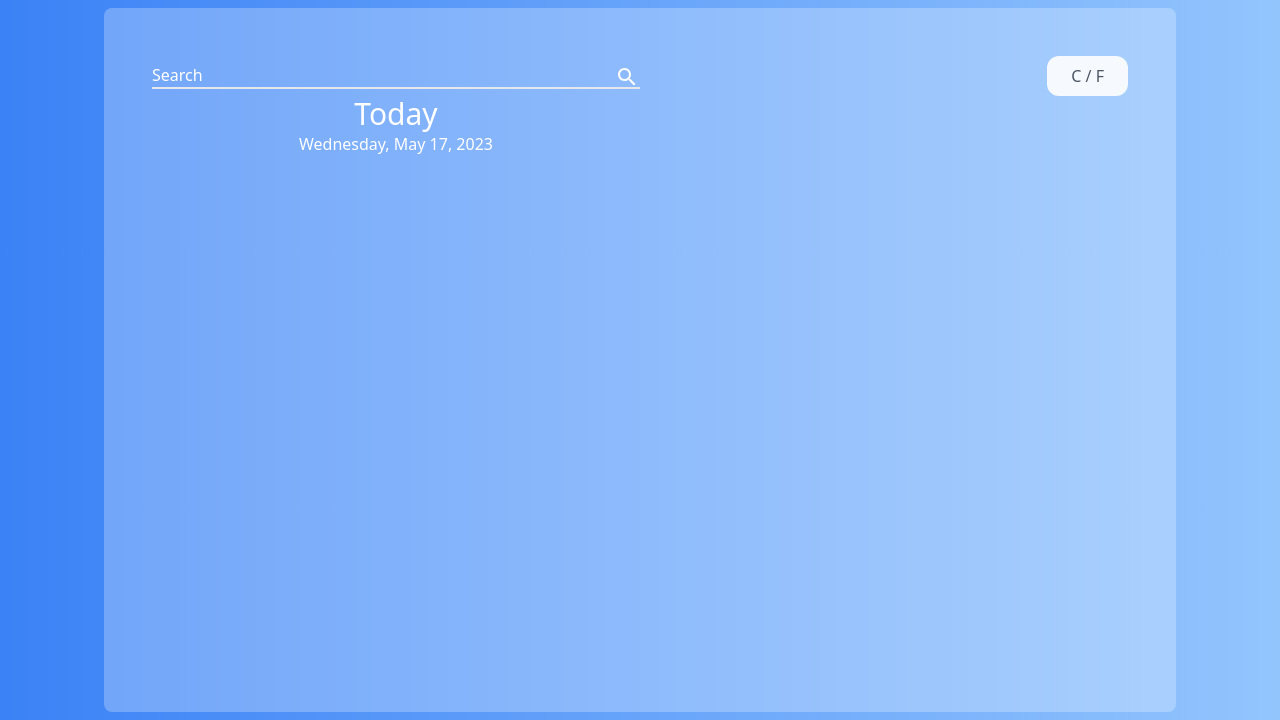
Repository: DevAntonioRogers/react-weatherapp-v2
Page: /
An editor plug-in stored every save of this project. The page is shown before and after the next save, followed by the edit.
The browser window is 1280 px wide. The pictures show the whole page.
The project was rebuilt for these pictures with package versions that can differ from the ones it lists, and the page was loaded fresh each time. The framework's server and built-in components were replaced by stand-ins that run in the browser. Also part of the build but not shown: next.config.js.

Above is the page before, as saved 2023-05-20 00:02:26.

### app/layout.tsx
import "./globals.css";
import { Inter } from "next/font/google";

export const metadata = {
  title: "Create Next App",
  description: "Generated by create next app",
};

export default function RootLayout({ children }: { children: React.ReactNode }) {
  return (
    <html lang="en">
      <body>{children}</body>
    </html>
  );
}

### app/page.tsx
"use client";

import Conversion from "./components/Conversion";
import Current from "./components/Current";
import Input from "./components/Input";

import { useState } from "react";

export default function Home() {
  const [data, setData] = useState({});
  const [location, setLocation] = useState("");
  const [error, setError] = useState("");

  const url = `http://api.weatherapi.com/v1/forecast.json?key=538023bd3c43455084733202231905&q=${location}&days=7&aqi=yes&alerts=yes
  `;

  const handleSearch = async (e) => {
    if (e.key === "Enter") {
      e.preventDefault();
      try {
        const response = await fetch(url);
        if (!response.ok) {
          throw new Error();
        }
        const data = await response.json();
        setData(data);
        setLocation("");
        setError("");
      } catch (error) {
        setError("City not found");
        setData({});
      }
    }
  };

  return (
    <div className="flex justify-center p-2 bg-cover h-screen bg-gradient-to-r from-blue-500 to-blue-300">
      <div className="bg-white/25 mx-24 w-full rounded-lg p-12 flex flex-col">
        {/* SEARCH AND DEGREE CONVERSION */}
        <div className="flex justify-between items-center">
          <Input handleSearch={handleSearch} location={location} setLocation={setLocation} />
          <Conversion />
        </div>

        {/* CURRENT WEATHER SECTION */}
        <Current data={data} />
      </div>
    </div>
  );
}

### app/components/Conversion.tsx
import React from "react";

const Conversion = () => {
  return (
    <div className="">
      <button className="rounded-xl bg-white/90 px-6 py-2 text-gray-600">C / F</button>
    </div>
  );
};

export default Conversion;

### app/components/Current.tsx
import { getCurrentDate } from "../utils/currentDate";
import LocationOnIcon from "@mui/icons-material/LocationOn";

const Current = ({ data }) => {
  const weatherIcon = data.current ? data.current.condition.icon : null;
  const currentDate = getCurrentDate();
  return (
    <div className="flex flex-col items-center gap-2 w-1/2">
      <div className="flex items-center">
        <div className="text-center">
          <h1 className="text-3xl text-white">Today</h1>
          <p className="text-white">{currentDate}</p>
        </div>
        {weatherIcon && (
          <div>
            <img className="w-[90px] object-cover" src={weatherIcon} alt="Weather Icon" />
          </div>
        )}
      </div>
      <div>
        {data.current ? (
          <p className="text-5xl text-white">
            {data.current.temp_f.toFixed()}
            <span>°</span>
          </p>
        ) : null}
        {data.current ? <span className="text-2xl">{data.current.condition.text}</span> : null}
      </div>
      <div>
        {data.location ? (
          <div className="flex items-center text-black bg-white/90 px-2 py-2 rounded-xl">
            <LocationOnIcon />
            <span>
              {data.location.name}, {data.location.region}
            </span>
          </div>
        ) : null}
      </div>
    </div>
  );
};

export default Current;

### app/components/Input.tsx
"use client";

import SearchIcon from "@mui/icons-material/Search";

const Input = ({ handleSearch, setLocation, location }) => {
  return (
    <form className="flex items-center w-2/4">
      <input
        type="text"
        className="w-full bg-transparent border-b-2 placeholder-white outline-none text-white"
        placeholder="Search"
        onKeyDown={handleSearch}
        onChange={(e) => setLocation(e.target.value)}
      />
      <div className="ml-[-25px] text-white cursor-pointer">
        <SearchIcon />
      </div>
    </form>
  );
};

export default Input;

### app/utils/currentDate.tsx
export const getCurrentDate = () => {
  const currentDate = new Date().toLocaleDateString("en-US", {
    weekday: "long",
    year: "numeric",
    month: "long",
    day: "numeric",
  });
  return currentDate;
};

Loaded but not shown: app/globals.css (common file); tailwind.config.js (common file)

After the next save:
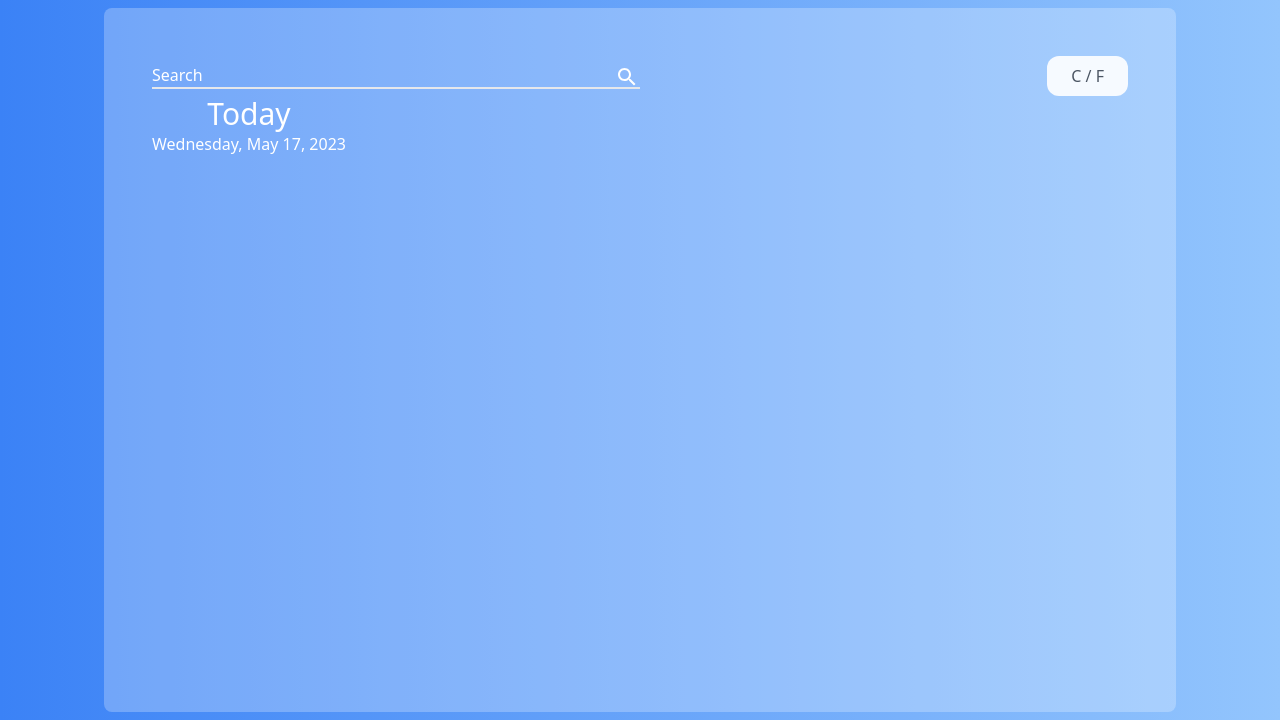
Saved 12 s later.
--- a/app/components/Current.tsx
+++ b/app/components/Current.tsx
@@ -5,7 +5,7 @@ const Current = ({ data }) => {
   const weatherIcon = data.current ? data.current.condition.icon : null;
   const currentDate = getCurrentDate();
   return (
-    <div className="flex flex-col items-center gap-2 w-1/2">
+    <div className="flex flex-col items-start gap-2 ">
       <div className="flex items-center">
         <div className="text-center">
           <h1 className="text-3xl text-white">Today</h1>
